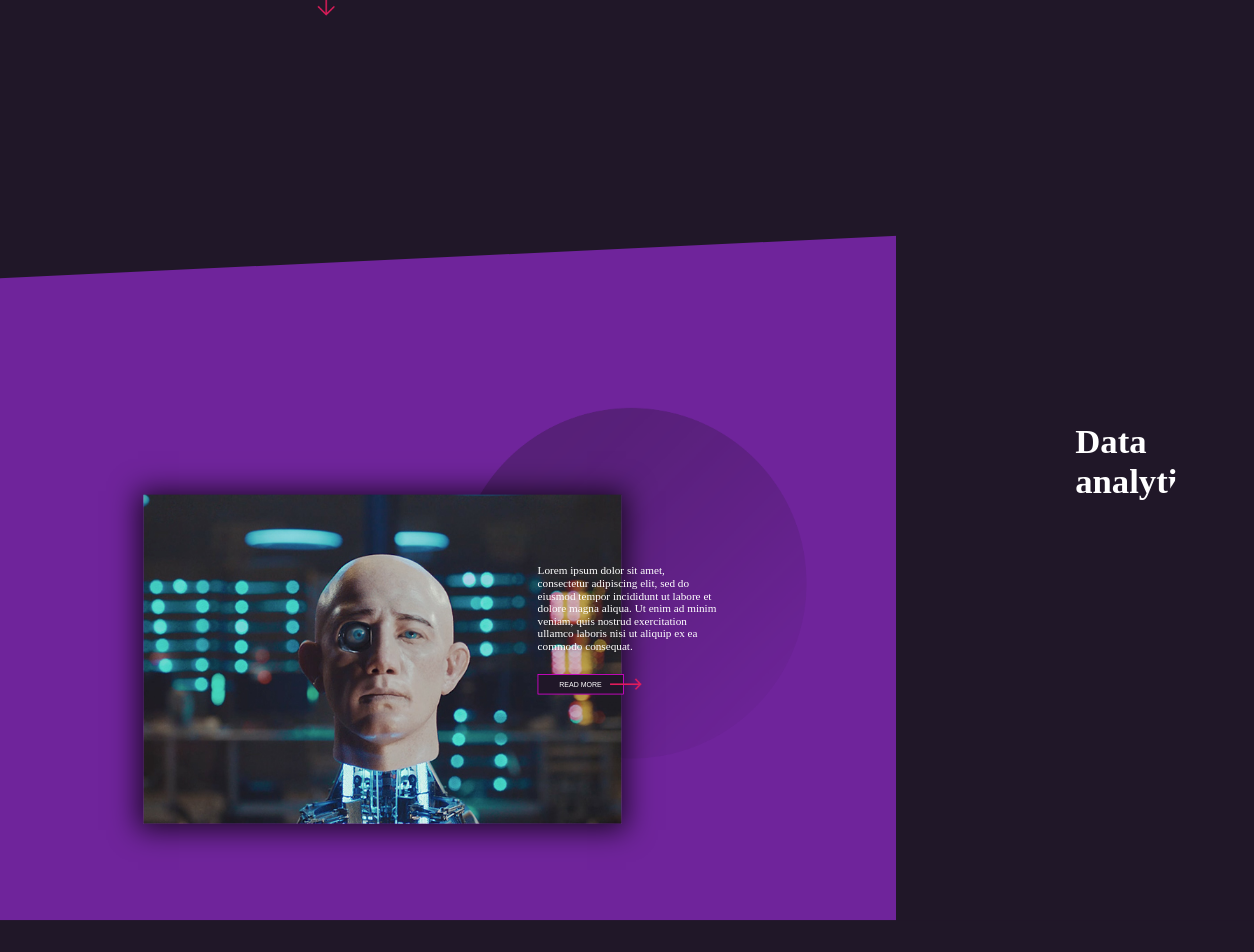
Repository: Ajtheult/King-James-Site
Page: index.html
An editor plug-in stored every save of this project. The page is shown before and after the next save, followed by the edit.
The browser window is 1280 px wide. The page is 1792 px wide, then 1290 px, so the pictures cover 1792 px, including what lies to the right of the window. The pictures show the part of the page from y = 1923 to 3283 px (the page is 3283 px tall), at 70% of full size.
Some web fonts or font styles are not loaded; a fallback is used. The style sheet was rebuilt from its Sass, Less or Tailwind sources for each picture, by a compiler version that may differ from the author's.

Above is the page before, as saved 2020-08-21 13:24:23.

### index.html
<!DOCTYPE html>
<html lang="en">
  <head>
    <meta charset="UTF-8" />
    <meta name="viewport" content="width=device-width, initial-scale=1.0" />
    <!-- Font Awesome -->
    <link
      rel="stylesheet"
      href="https://use.fontawesome.com/releases/v5.7.2/css/all.css"
      integrity="sha384-fnmOCqbTlWIlj8LyTjo7mOUStjsKC4pOpQbqyi7RrhN7udi9RwhKkMHpvLbHG9Sr"
      crossorigin="anonymous"
    />
    <!-- Font Awesome -->
    <!-- Fonts -->
    <link
      href="https://fonts.googleapis.com/css2?family=Playfair+Display&display=swap"
      rel="stylesheet"
    />
    <link
      href="https://fonts.googleapis.com/css2?family=Gruppo&display=swap"
      rel="stylesheet"
    />
    <!-- Fonts -->
    <link rel="stylesheet" href="./styling/index.css" />
    <title>King James</title>
  </head>
  <body>
    <div class="box">
      <i class="fas fa-bars move_icon"></i>
      <img
        src="./kjd-fontend-test-files/kjd-assets/kjd-logo.png"
        alt="img"
        class="heading"
      />
      <img
        src="./kjd-fontend-test-files/kjd-assets/arrow-down.png"
        alt=""
        srcset=""
        class="white_arrow"
      />
    </div>
    <div class="box_two">
      <div>
        We offer an interconnected set of services to help our clients respond
        to the disruptions and seize the opportunities of the digital age.
        <button type="button">ABOUT US</button>
        <img
          src="./kjd-fontend-test-files/kjd-assets/arrow-right.png"
          alt="arrow"
          class="arrow_by_button"
        />
      </div>
    </div>
    <!-- Second section -->
    <div class="box_three">
      <img
        src="./kjd-fontend-test-files/kjd-assets/missing.png"
        alt="cross"
        class="move_cross"
      />
      <div class="text-box">
        <h1 class="title">Advertising communications</h1>
        <p>
          Lorem ipsum dolor sit amet, consectetur adipiscing elit, sed do
          eiusmod tempor incididunt ut labore et dolore magna aliqua. Ut enim ad
          minim veniam, quis nostrud exercitation ullamco laboris nisi ut
          aliquip ex ea commodo consequat.
        </p>
        <button type="button">READ MORE</button>
        <img
          src="./kjd-fontend-test-files/kjd-assets/arrow-right.png"
          alt="arrow"
          class="arrow_by_button"
        />
      </div>
      <img
        src="./kjd-fontend-test-files/kjd-assets/hex-gradient.png"
        alt="hex"
        class="move_hex"
      />
      <img
        src="./kjd-fontend-test-files/kjd-assets/arrow-glyph.png"
        alt="arrow"
        class="cross_arrow"
      />
      <img
        src="./kjd-fontend-test-files/kjd-assets/image-slider-1.jpg"
        alt="people"
        class="people"
      />
      <img
        src="./kjd-fontend-test-files/kjd-assets/glyph.png"
        alt="squiggle"
        class="squiggle"
      />
    </div>
    <div class="box_four">
      <img
        src="./kjd-fontend-test-files/kjd-assets/circle-gradient.png"
        alt="circle"
        class="circle"
      />
      <img
        src="./kjd-fontend-test-files/kjd-assets/image-slider-2.jpg"
        alt="robot"
        class="robot"
      />
      <div class="text-box">
        <h1 class="title_of_robot">Data analytics</h1>
        <p>
          Lorem ipsum dolor sit amet, consectetur adipiscing elit, sed do
          eiusmod tempor incididunt ut labore et dolore magna aliqua. Ut enim ad
          minim veniam, quis nostrud exercitation ullamco laboris nisi ut
          aliquip ex ea commodo consequat.
        </p>
        <button type="button">READ MORE</button>
        <img
          src="./kjd-fontend-test-files/kjd-assets/arrow-right.png"
          alt="arrow"
          class="arrow_by_button"
        />
      </div>
    </div>
  </body>
</html>

### styling/index.scss
body {
  margin: 0;
  padding: 0;
  background-color: rgb(32, 23, 40);
}

.box {
  background-image: url(../kjd-fontend-test-files/kjd-assets/hearo-top.jpg);
  background-position: center;
  background-size: cover;
  height: 120vh;
  clip-path: polygon(0 0, 100% 0%, 100% 100%, 0 92%);
  .heading {
    color: black;
    position: absolute;
    top: 50%;
    left: 50%;
    transform: translate(-50%, -50%);
    text-align: center;
  }
  .move_icon {
    color: white;
    margin-left: 98%;
    margin-top: 1%;
  }
  .white_arrow {
    top: 95%;
    left: 50%;
    transform: translate(-50%, -50%);
    position: absolute;
  }
}

.box_two {
  background-color: rgb(111, 36, 155);
  height: 50%;
  width: 70%;
  position: absolute;
  top: 68%;
  left: 50%;
  transform: translate(-50%, -50%);
  margin-top: 420px;
  clip-path: polygon(0 0, 100% 0, 100% 87%, 0% 100%);
  div {
    font-size: 265%;
    font-family: "Playfair Display", serif;
    text-align: center;
    color: white;
    margin-top: 2%;
    position: absolute;
    padding-left: 10%;
    padding-right: 10%;
  }
  button {
    border: 1px solid rgb(255, 0, 242);
    background-color: rgb(111, 36, 155);
    color: white;
    padding: 8px 30px;
    font-size: 10px;
    position: absolute;
    transform: translate(-70%, 270%);
  }
  .arrow_by_button {
    transform: translate(30%, 340%);
  }
}

.box_three {
  margin-top: 50%;
  .move_cross {
    position: absolute;
    top: 170%;
    left: 50%;
    transform: translate(-50%, -50%);
    z-index: -1;
  }
  .move_hex {
    transform: translate(90%, -125%);
    // z-index: -1;
  }
  .people {
    transform: translate(20%, -102%);
  }
  .squiggle {
    transform: translate(20%, -720%);
  }
  .cross_arrow {
    transform: translate(50%, -300%);
  }
  .text-box {
    transform: translate(95%, -80%);
    width: 20%;
    // z-index: 2;
    .title {
      font-size: 350%;
      color: white;
    }
    p {
      color: white;
      font-family: "Gruppo", cursive;
    }
    button {
      border: 1px solid rgb(255, 0, 242);
      background-color: rgb(32, 23, 40);
      color: white;
      padding: 8px 30px;
      font-size: 10px;
      position: absolute;
      transform: translate(0%, 50%);
    }
    .arrow_by_button {
      transform: translate(230%, 130%);
    }
  }
}

.box_four {
  height: 140vh;
  background-color: rgb(111, 36, 155);
  margin-top: -100px;
  clip-path: polygon(0 9%, 150% 0%, 100% 100%, 0% 100%);
  .circle {
    position: absolute;
    transform: translate(130%, 55%);
  }
  .robot {
    transform: translate(30%, 85%);
    -webkit-box-shadow: -1px 2px 38px 7px rgba(0, 0, 0, 0.75);
    -moz-box-shadow: -1px 2px 38px 7px rgba(0, 0, 0, 0.75);
    box-shadow: -1px 2px 38px 7px rgba(0, 0, 0, 0.75);
  }
  .text-box {
    transform: translate(300%, -50%);
    width: 20%;
    // z-index: 2;
    .title_of_robot {
      font-size: 310%;
      color: white;
      transform: translate(300%, -50%);
    }
    p {
      color: white;
      font-family: "Gruppo", cursive;
    }
    button {
      border: 1px solid rgb(255, 0, 242);
      background-color: rgb(32, 23, 40);
      color: white;
      padding: 8px 30px;
      font-size: 10px;
      position: absolute;
      transform: translate(0%, 50%);
    }
    .arrow_by_button {
      transform: translate(230%, 130%);
    }
  }
}

// Mobile
@media (max-width: 910px) {
  .box {
    background-image: url(../kjd-fontend-test-files/kjd-assets/hearo-top.jpg);
    background-position: center;
    background-size: cover;
    height: 120vh;
    clip-path: polygon(0 0, 100% 0, 100% 100%, 0 89%);
    .heading {
      color: black;
      position: absolute;
      top: 50%;
      left: 50%;
      transform: translate(-50%, -50%);
      text-align: center;
    }
    .move_icon {
      color: white;
      margin-left: 96%;
      margin-top: 1%;
    }
    .white_arrow {
      top: 93%;
      left: 50%;
      transform: translate(-50%, -50%);
      position: absolute;
    }
  }
  .box_two {
    background-color: rgb(111, 36, 155);
    height: 50%;
    width: 70%;
    position: absolute;
    top: 70%;
    left: 50%;
    transform: translate(-50%, -50%);
    margin-top: 420px;
    clip-path: polygon(0 0, 100% 0, 100% 87%, 0% 100%);
    div {
      font-size: 140%;
      font-family: "Playfair Display", serif;
      text-align: center;
      color: white;
      margin-top: 5%;
      position: absolute;
      padding-left: 10%;
      padding-right: 10%;
    }
    button {
      border: 1px solid rgb(255, 0, 242);
      background-color: rgb(111, 36, 155);
      color: white;
      padding: 8px 30px;
      font-size: 10px;
      position: absolute;
      transform: translate(-90%, 270%);
    }
    .arrow_by_button {
      transform: translate(-10%, 450%);
    }
  }
  // Box 3
  .box_three {
    margin-top: 850px;
    .move_cross {
      position: absolute;
      top: 170%;
      left: 50%;
      transform: translate(-50%, -50%);
      z-index: -1;
    }
    .move_hex {
      transform: translate(90%, -125%);
      width: 50%;
      height: 50%;
      // z-index: -1;
    }
    .people {
      transform: translate(20%, -102%);
    }
    .squiggle {
      transform: translate(20%, -720%);
    }
    .cross_arrow {
      transform: translate(50%, -300%);
    }
    .text-box {
      transform: translate(95%, -80%);
      width: 20%;
      // z-index: 2;
      .title {
        font-size: 350%;
        color: white;
      }
      p {
        color: white;
        font-family: "Gruppo", cursive;
      }
      button {
        border: 1px solid rgb(255, 0, 242);
        background-color: rgb(32, 23, 40);
        color: white;
        padding: 8px 30px;
        font-size: 10px;
        position: absolute;
        transform: translate(0%, 50%);
      }
      .arrow_by_button {
        transform: translate(230%, 130%);
      }
    }
  }

  .box_four {
    height: 100vh;
    background-color: rgb(111, 36, 155);
    margin-top: -200px;
    clip-path: polygon(0 9%, 100% 0%, 100% 100%, 0% 100%);
  }
}

After the next save:
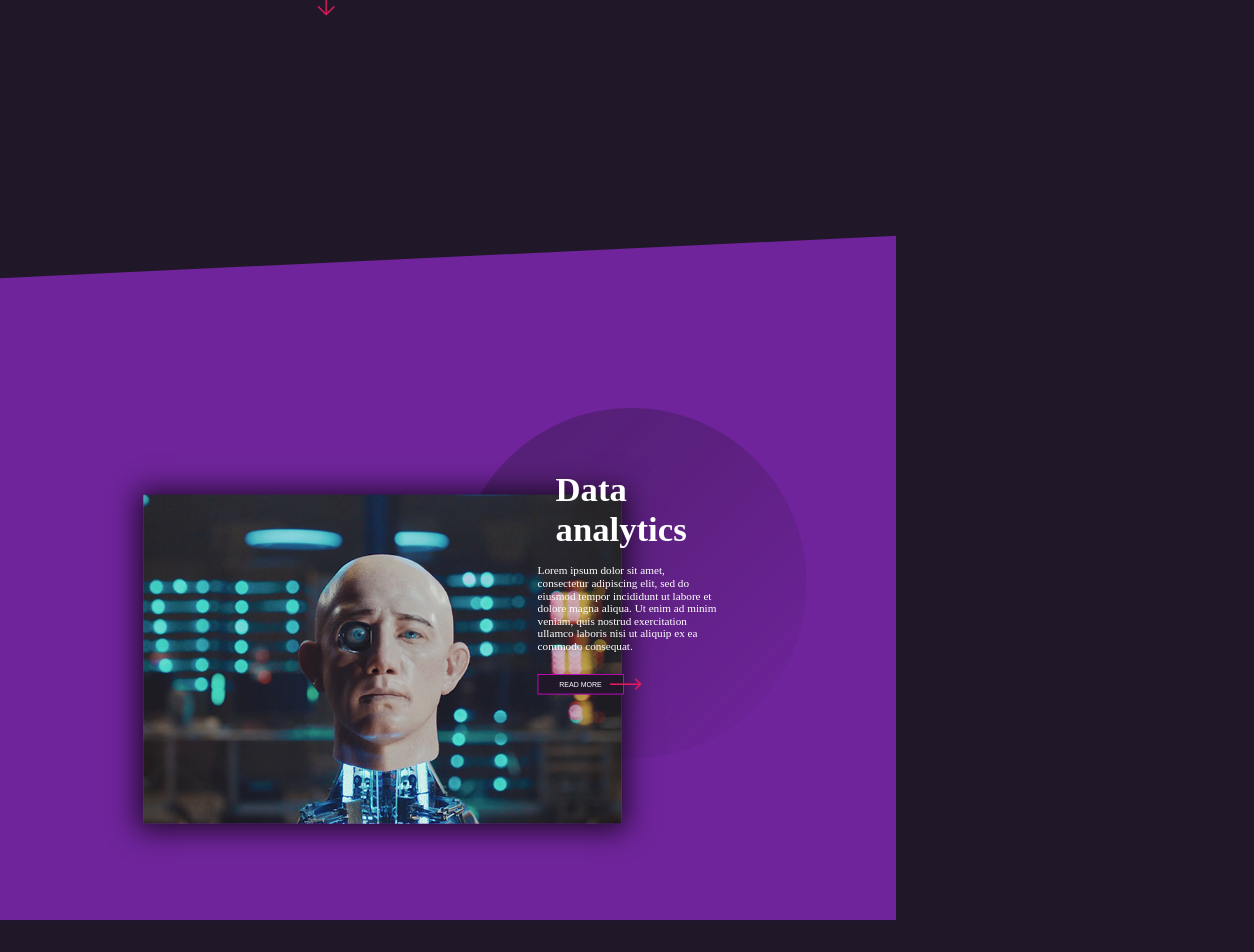
Saved 16 s later.
--- a/styling/index.scss
+++ b/styling/index.scss
@@ -136,7 +136,7 @@ body {
     .title_of_robot {
       font-size: 310%;
       color: white;
-      transform: translate(300%, -50%);
+      transform: translate(10%, 10%);
     }
     p {
       color: white;
